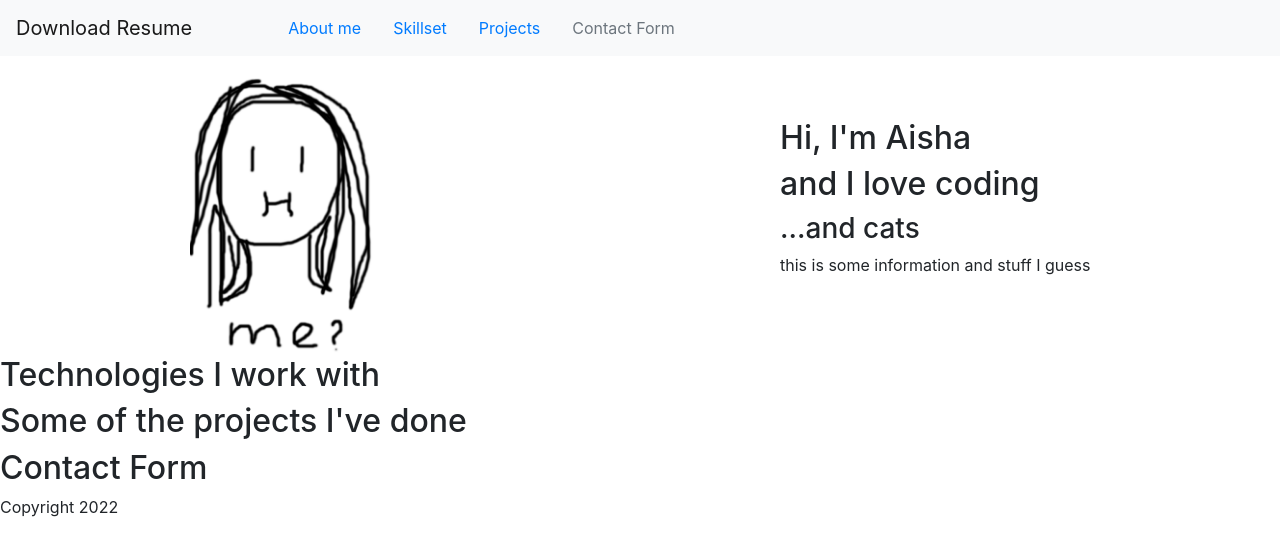
Repository: aishakapan/portfolio
Page: index.html
An editor plug-in stored every save of this project. The page is shown before and after the next save, followed by the edit.
The browser window is 1280 px wide. The pictures show the whole page.
Some web libraries are served in a nearby version.

Above is the page before, as saved 2022-08-18 18:56:40.

After the next save:
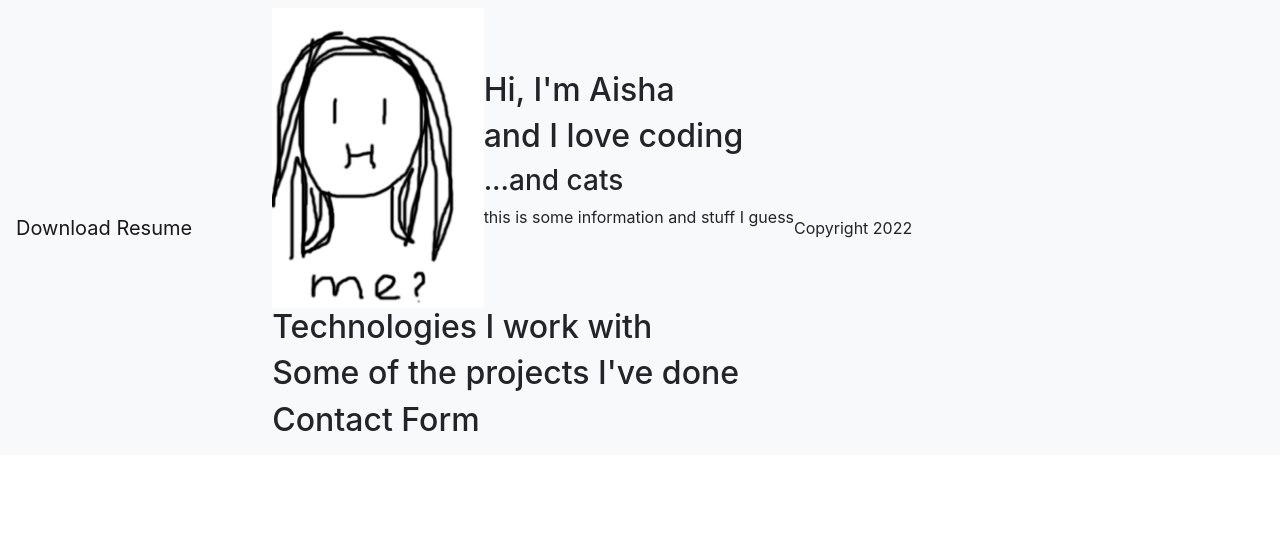
Saved 6 s later.
--- a/index.html
+++ b/index.html
@@ -24,21 +24,7 @@
                 <a class="nav-item nav-link" href="#"></a>
             </div>
         </div>
-        <ul class="nav justify-content-end">
-            <li class="nav-item">
-              <a class="nav-link active" href="#">About me</a>
-            </li>
-            <li class="nav-item">
-              <a class="nav-link" href="#">Skillset</a>
-            </li>
-            <li class="nav-item">
-              <a class="nav-link" href="#">Projects</a>
-            </li>
-            <li class="nav-item">
-              <a class="nav-link disabled" href="#">Contact Form</a>
-            </li>
-        </ul>
-    </nav>
+
 
 
     <main>
